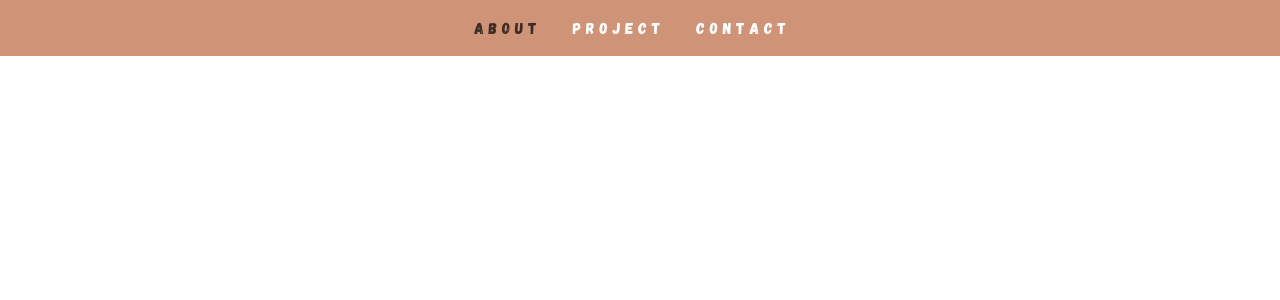
Repository: zetta-muhammad-asyrofuddien/Html-Css-ZettaCAmp
Page: Day1/Portofolio/index.html
An editor plug-in stored every save of this project. The page is shown before and after the next save, followed by the edit.
The browser window is 1280 px wide. The pictures show the whole page.
The pointer rests on the first visible `.nav-link`.

Above is the page before, as saved 2023-07-05 05:29:39.

After the next save:
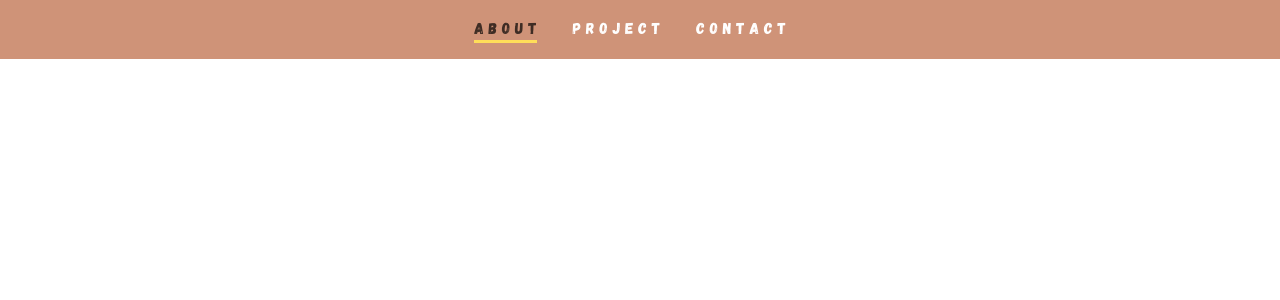
Saved 12 s later.
--- a/Day1/Portofolio/syle.css
+++ b/Day1/Portofolio/syle.css
@@ -29,6 +29,6 @@
   .nav-link:hover::after {
     content: '';
     display: block;
-    border-bottom: #ffde59;
+    border-bottom: 3px solid #ffde59;
   }
 }
